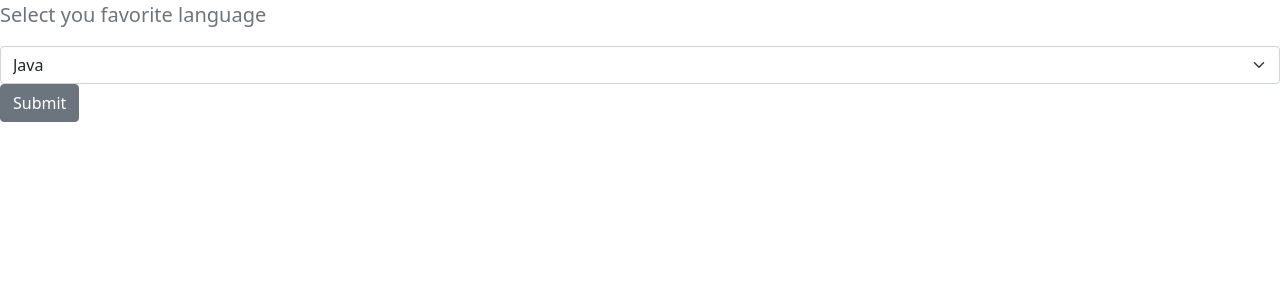
Repository: valletivarish/monojsp
Page: http://localhost/04-jsp-cookie-demo/cookie-form.jsp
The author's editor kept a copy of each file at every save. The page is drawn from the files as they stood at one save, then again after the next save.
The browser window is 1280 px wide. The pictures show the whole page.
The page is served by Tomcat 9.

Above is the page before, as saved 2024-07-15 06:37:51.

### 04-jsp-cookie-demo/WebContent/cookie-form.jsp
<%@ page language="java" contentType="text/html; charset=ISO-8859-1"
    pageEncoding="ISO-8859-1"%>
<!DOCTYPE html>
<html>
<head>
<meta charset="ISO-8859-1">
<title>Insert title here</title>
<link href="https://cdn.jsdelivr.net/npm/bootstrap@5.0.2/dist/css/bootstrap.min.css" rel="stylesheet" integrity="sha384-EVSTQN3/azprG1Anm3QDgpJLIm9Nao0Yz1ztcQTwFspd3yD65VohhpuuCOmLASjC" crossorigin="anonymous">
</head>
<body>
	<p class="lead text-secondary">Select you favorite language</p>
	<form action="cookie-response.jsp">
		<select class="form-select" name="favLangauge">
			<option value="Java">Java</option>
			<option value="C++">C++</option>
			<option value="Python">Python</option>
		</select>
		<input type="submit" class="btn btn-secondary">
	</form>
</body>
</html>

After the next save:
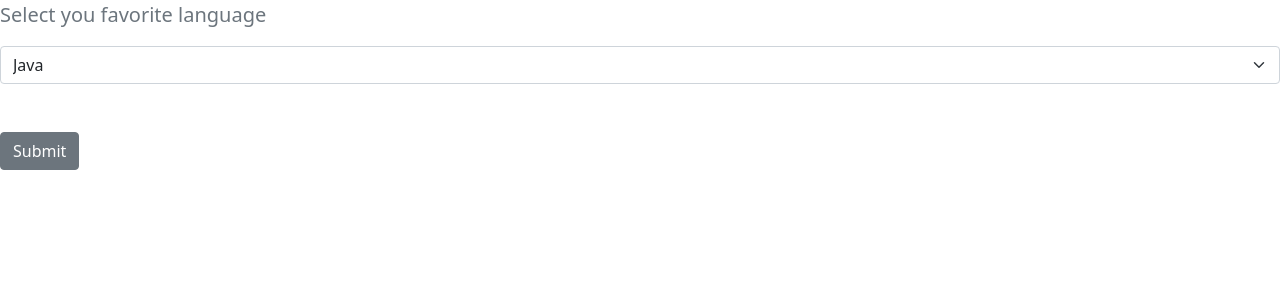
Saved 16 s later.
--- a/04-jsp-cookie-demo/WebContent/cookie-form.jsp
+++ b/04-jsp-cookie-demo/WebContent/cookie-form.jsp
@@ -15,7 +15,7 @@
 			<option value="C++">C++</option>
 			<option value="Python">Python</option>
 		</select>
-		<input type="submit" class="btn btn-secondary">
+		<input type="submit" class="btn btn-secondary my-5">
 	</form>
 </body>
 </html>
